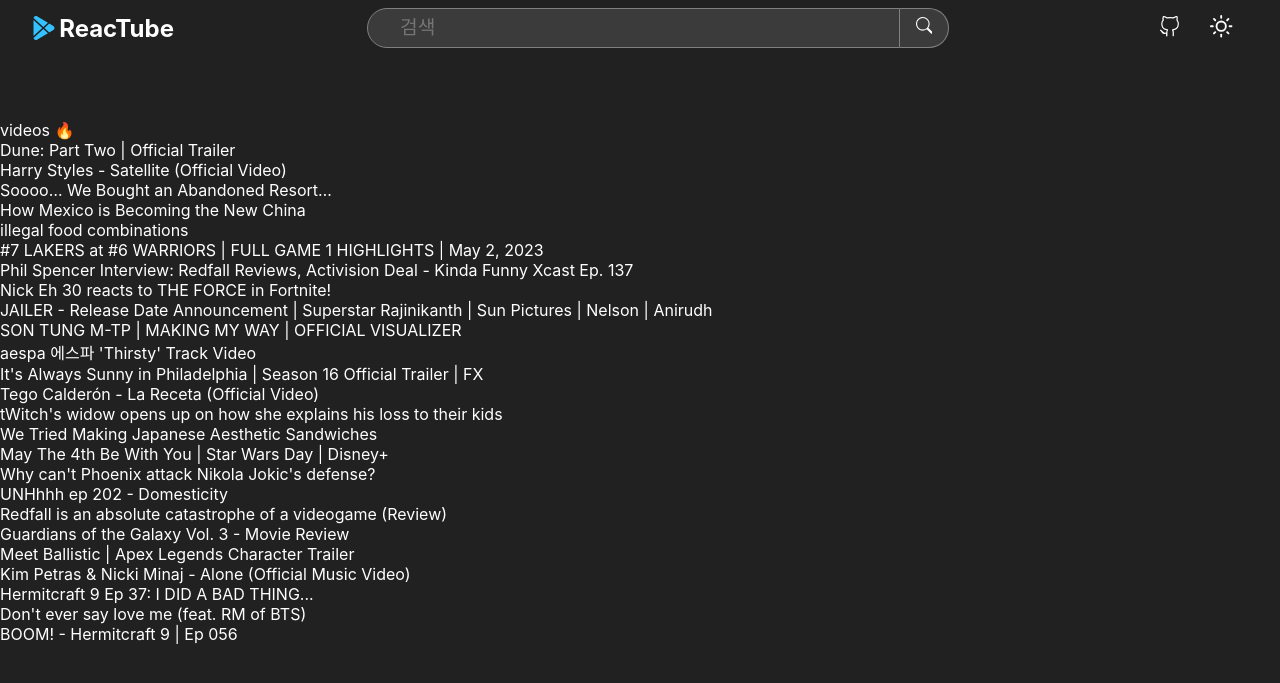
Repository: MrJinkyu/youtube
Page: /videos
These files come from the project's save history. The page is drawn as it stood at one moment and after the next save; the edit follows.
The browser window is 1280 px wide. The pictures show the whole page.
The page's requests for data from a server got no answer. The project was rebuilt for these pictures with package versions that can differ from the ones it lists, and the page was loaded fresh each time. No one was signed in, and anything a server would have sent is missing. Also part of the build but not shown: src/pages/NotFound.jsx, src/pages/VideoDetail.jsx.

Above is the page before, as saved 2023-05-10 14:44:53.

After the next save:
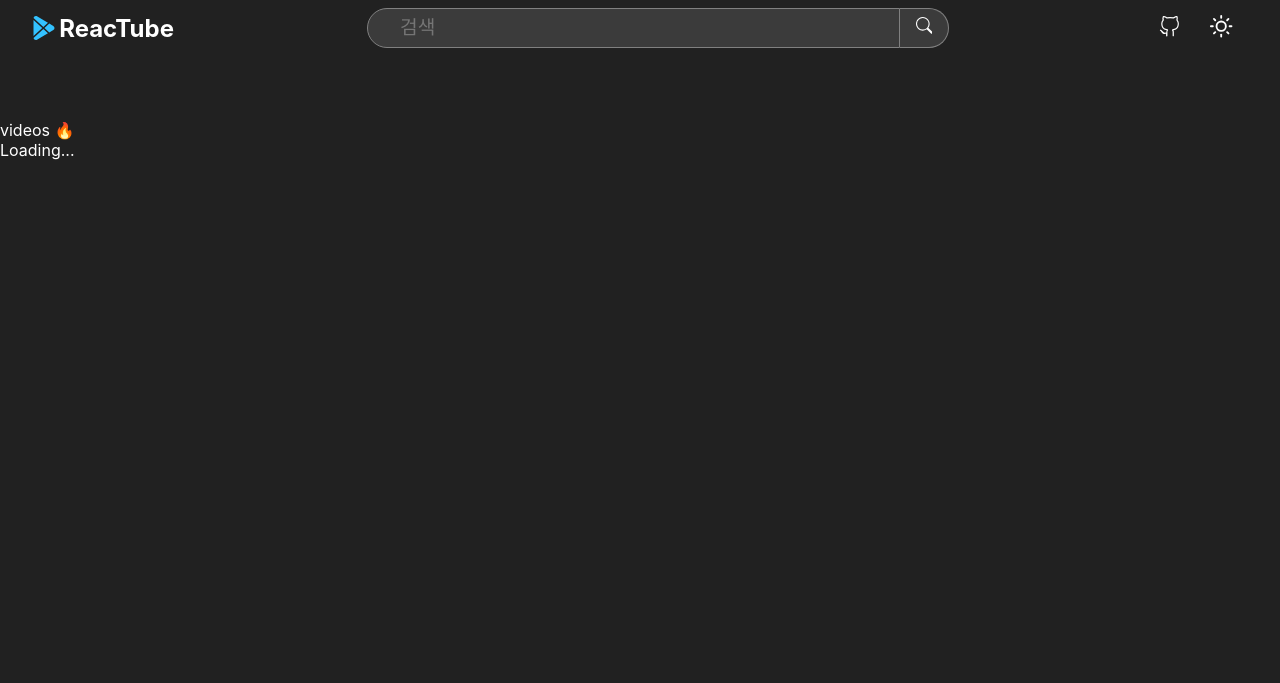
Saved 28 s later.
--- a/src/pages/Videos.jsx
+++ b/src/pages/Videos.jsx
@@ -2,13 +2,15 @@
 import { useParams } from 'react-router-dom';
 import { useQuery } from '@tanstack/react-query';
 import VideoCard from '../components/VideoCard';
-import FakeYoutube from '../api/FakeYoutube';
+// import FakeYoutube from '../api/FakeYoutube';
+import Youtube from '../api/Youtube';
 
 
 export default function Videos() {
     const { keyword } = useParams();
     const { isLoading, error, data:videos } = useQuery(['videos',keyword],async () => {
-        const youtube = new FakeYoutube();
+        // const youtube = new FakeYoutube();
+        const youtube = new Youtube();
         return youtube.search(keyword);
     });
     return (

After the 5 saves that followed:
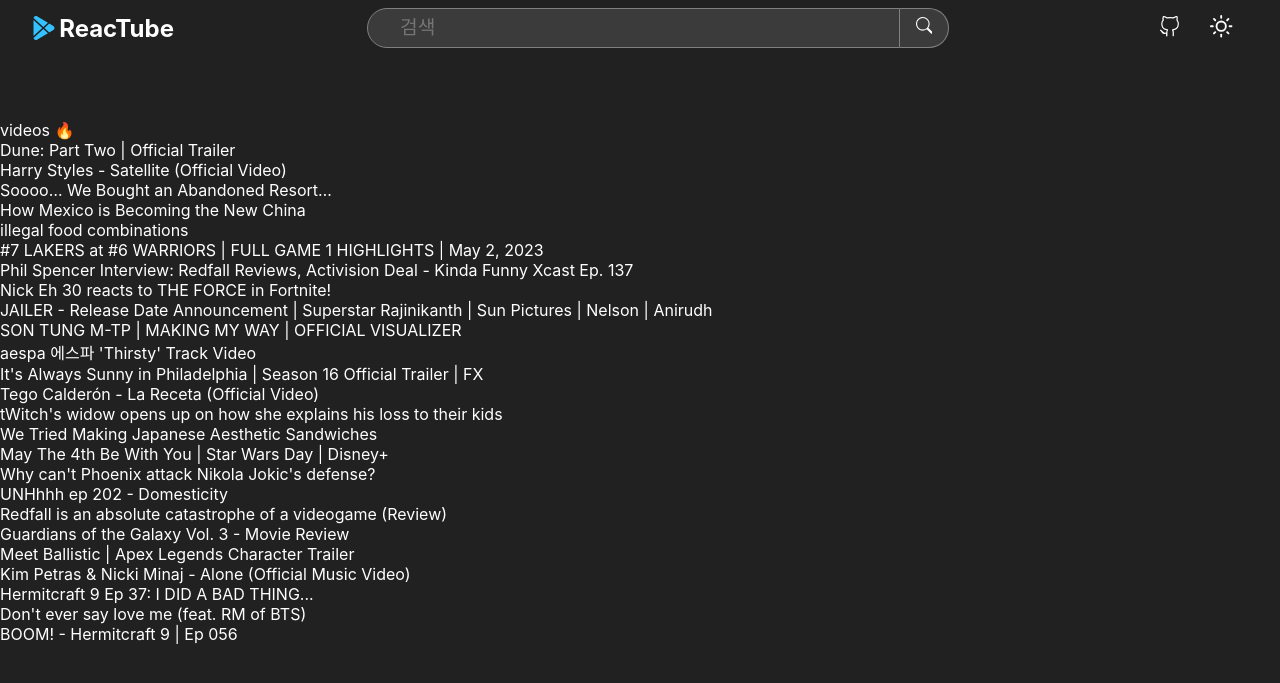
The 5 saves are shown as one change because 4 left the picture as it was.
The last was saved 13 min 56 s later.
--- a/src/pages/Videos.jsx
+++ b/src/pages/Videos.jsx
@@ -2,15 +2,15 @@
 import { useParams } from 'react-router-dom';
 import { useQuery } from '@tanstack/react-query';
 import VideoCard from '../components/VideoCard';
-// import FakeYoutube from '../api/FakeYoutube';
-import Youtube from '../api/Youtube';
+import FakeYoutube from '../api/FakeYoutube';
+// import Youtube from '../api/Youtube';
 
 
 export default function Videos() {
     const { keyword } = useParams();
     const { isLoading, error, data:videos } = useQuery(['videos',keyword],async () => {
-        // const youtube = new FakeYoutube();
-        const youtube = new Youtube();
+        const youtube = new FakeYoutube();
+        // const youtube = new Youtube();
         return youtube.search(keyword);
     });
     return (
--- a/src/api/Youtube.js
+++ b/src/api/Youtube.js
@@ -7,6 +7,7 @@
             params:{key: process.env.REACT_APP_YOUTUBE_API_KEY}
         })
     }
+
     async search(keyword){
         return keyword ? this.#searchByKeyword(keyword) : this.#mostPopular();
     }
@@ -15,7 +16,8 @@
         return this.httpClient
             .get('search',{params:{
                 part:'snippet',
-                maxResult:25,
+                maxResults:25,
+                type:'video',
                 q:keyword,
             }})
             .then((res) => res.data.items)
@@ -24,10 +26,10 @@
 
     async #mostPopular(){
         return this.httpClient
-            .get('search',{params:{
+            .get('videos',{params:{
                 part:'snippet',
                 chart:'mostPopular',
-                maxResult:25,
+                maxResults:25,
             }})
             .then((res) => res.data.items)
     }
